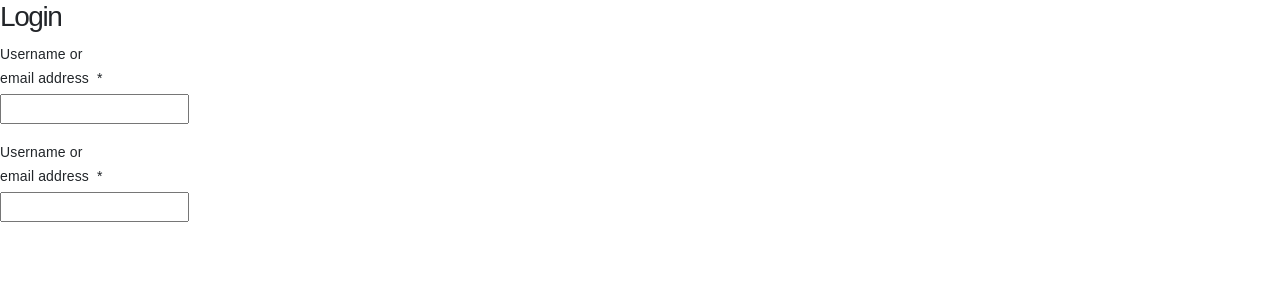
Repository: NguyenDo13/BE2-NhomH
Page: module-20,21/index.html
These files come from the project's save history. The page is drawn as it stood at one moment and after the next save; the edit follows.
The browser window is 1280 px wide. The pictures show the whole page.

Above is the page before, as saved 2022-05-21 07:23:22.

### module-20,21/index.html
<!DOCTYPE html>
<html lang="en">


<head>
    <meta charset="UTF-8" />
    <meta http-equiv="X-UA-Compatible" content="IE=edge" />
    <meta name="viewport" content="width=device-width, initial-scale=1.0" />
    <link rel="stylesheet" href="index/public/css/style.css" />
    <link rel="stylesheet" href="index/public/css/bootstrap.min.css" />
    <link rel="stylesheet" href="https://cdnjs.cloudflare.com/ajax/libs/font-awesome/6.0.0/css/all.min.css" />
    <title>Document</title>
</head>

<body>
    <div class="maincontainer">
        <div class="remaincontainer">
            <div class="boxcontent">
                <div class="u-columns col2-set">
                    <div class="u-column1 col-1">
                        <form action="" class="formSignin">
                            <h3 class="title-login"> Login </h3>
                            <p class="titleinput-login-username">
                                <label class="mb-1 font-weight-medium" for="username">Username or email address&nbsp;
                                    <span class="required">*</span>
                                </label>
                                <input type="text" class="input-login-username" name="username" id="username">
                            </p>
                            <p class="titleinput-login-username">
                                <label class="mb-1 font-weight-medium" for="username">Username or email address&nbsp;
                                    <span class="required">*</span>
                                </label>
                                <input type="text" class="input-login-username" name="username" id="username">
                            </p>
                        </form>
                    </div>
                    <div class="u-column2 col-2"></div>
                </div>
            </div>
        </div>
    </div>
</body>

</html>

### module-20,21/index/public/css/style.css
   /*Module 20 21 Tai Em*/

   h3 {
       font: var(--porto-h3-fst, normal) 700 var(--porto-h3-fs, 1.8em)/var(--porto-h3-lh, 32px) "Poppins", sans-serif;
       color: var(--porto-h3-color, #222529);
       letter-spacing: var(--porto-h3-ls, -0.05em);
       margin-bottom: 20px;
   }

   body {
       margin: 0;
       font-family: Poppins, sans-serif;
       font-size: 0.875rem;
       font-weight: 400;
       line-height: 24px;
       color: #777;
       background-color: #fff;
       -webkit-text-size-adjust: 100%;
       -webkit-tap-highlight-color: rgba(0, 0, 0, 0);
   }

   .containerrr {
       width: 100%;
       padding-right: var(--bs-gutter-x, 10px);
       padding-left: var(--bs-gutter-x, 10px);
       margin-right: auto;
       margin-left: auto;
       max-width: none;
   }

   .row {
       --bs-gutter-x: 20px;
       --bs-gutter-y: 0;
       display: flex;
       flex-wrap: wrap;
       margin-top: calc(var(--bs-gutter-y) * -1);
       margin-right: calc(var(--bs-gutter-x) / -2);
       margin-left: calc(var(--bs-gutter-x) / -2);
   }

   .maincontent {
       padding-top: 35px;
       padding-bottom: 40px;
   }

   .content {}

   .align-left {
       text-align: left;
   }

   form {
       display: block;
       margin-top: 0em;
   }

   .textcontent {
       font-size: 22px;
       font-weight: 700;
       letter-spacing: -0.01em;
   }

   .form-row:not(.row) {
       display: block;
       margin-left: 0;
       margin-right: 0;
   }

   .form-row-wide {
       width: 100%;
   }

   .form-row {
       margin-bottom: 15px;
       vertical-align: top;
   }

   .form-row {
       display: flex;
       flex-wrap: wrap;
       margin-right: -5px;
       margin-left: -5px;
   }

   p,
   .porto-u-sub-heading {
       font-family: Poppins, sans-serif;
       font-weight: 400;
       font-size: 14px;
       line-height: 24px;
       letter-spacing: .14px;
   }

   p {
       margin: 0 0 1.25rem;
   }

   p {
       margin-top: 0;
       margin-bottom: 1rem;
   }

   .form-row label {
       display: block;
   }

   .font-weight-medium {
       font-weight: 500;
   }

   .form-row>* {
       max-width: 100%;
   }

Loaded but not shown: module-20,21/index/public/css/bootstrap.min.css (library)

After the next save:
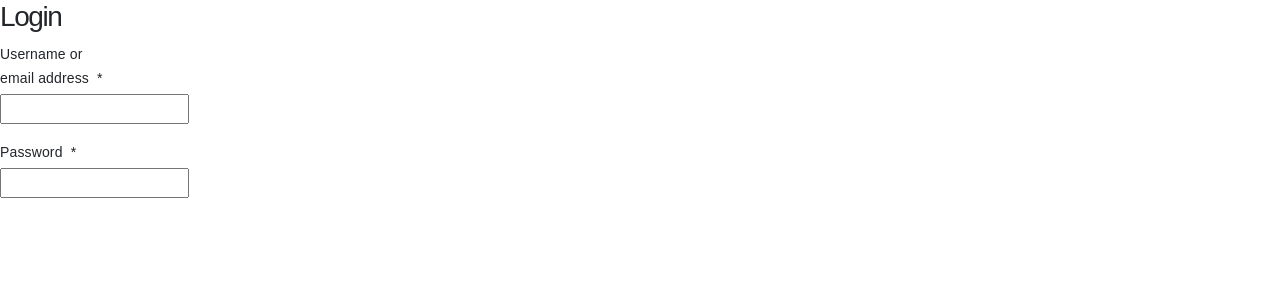
Saved 11 s later.
--- a/module-20,21/index.html
+++ b/module-20,21/index.html
@@ -27,7 +27,7 @@
                                 <input type="text" class="input-login-username" name="username" id="username">
                             </p>
                             <p class="titleinput-login-username">
-                                <label class="mb-1 font-weight-medium" for="username">Username or email address&nbsp;
+                                <label class="mb-1 font-weight-medium" for="username">Password&nbsp;
                                     <span class="required">*</span>
                                 </label>
                                 <input type="text" class="input-login-username" name="username" id="username">
